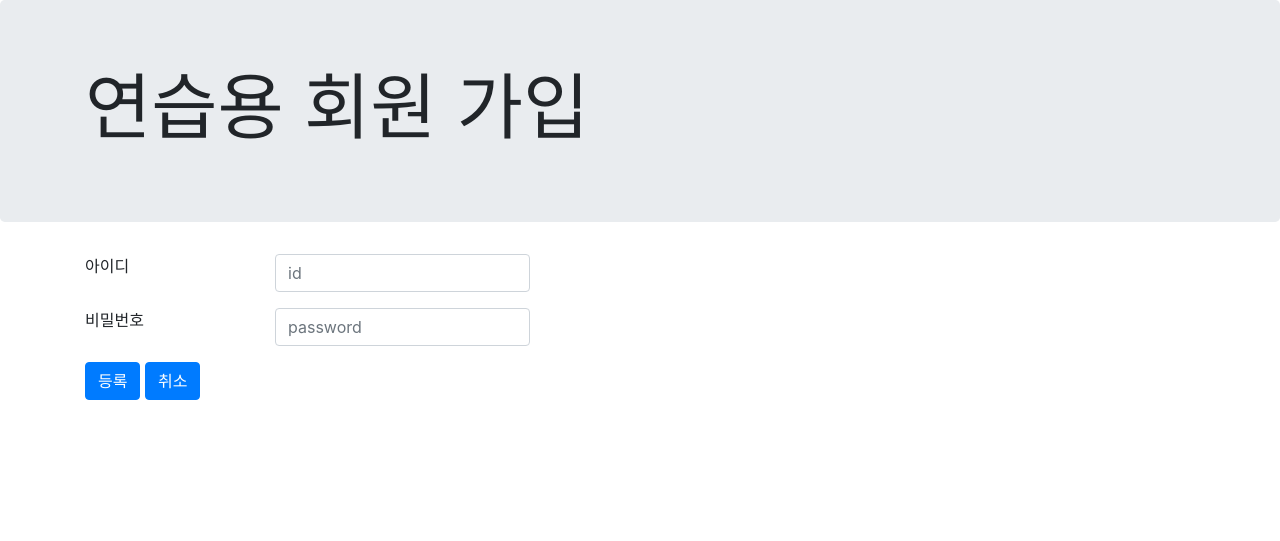
Repository: hodob/JSP_Practice
Page: http://localhost/JSP_WebMarket_JJH/ch06_ex/sign_up.jsp
These files come from the project's save history. The page is drawn as it stood at one moment and after the next save; the edit follows.
The browser window is 1280 px wide. The pictures show the whole page.
The page is served by Tomcat 9.

Above is the page before, as saved 2022-08-10 07:54:14.

After the next save:
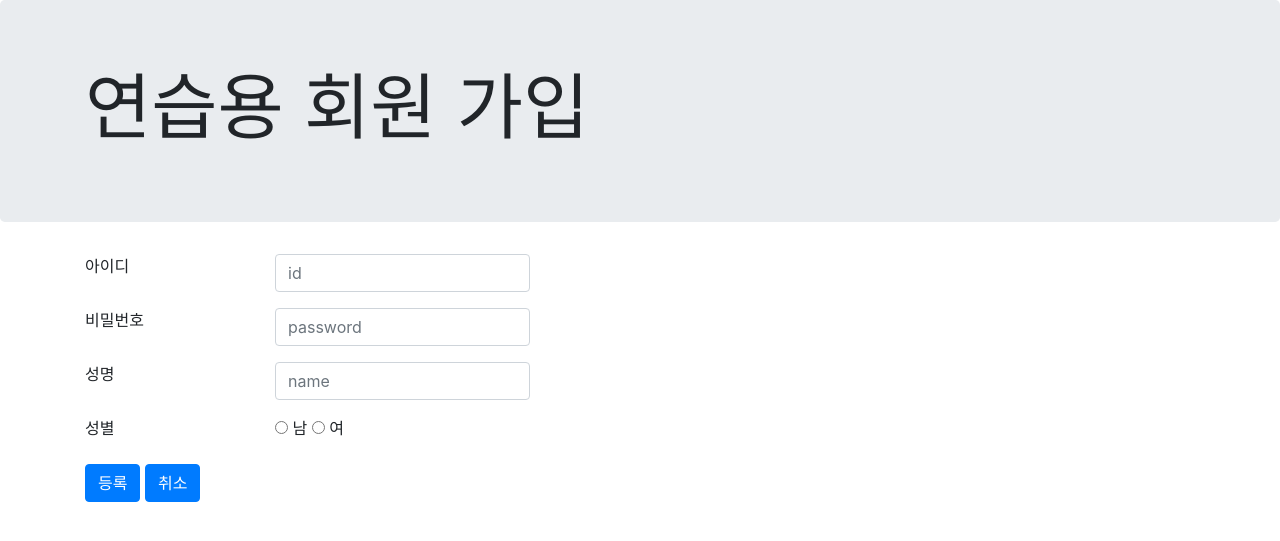
Saved 29 s later.
--- a/JSP_WebMarket_JJH/WebContent/ch06_ex/sign_up.jsp
+++ b/JSP_WebMarket_JJH/WebContent/ch06_ex/sign_up.jsp
@@ -47,8 +47,19 @@
 						placeholder="password">
 				</div>
 			</div>
-
-
+			<div class="form-group  row">
+				<label class="col-sm-2">성명</label>
+				<div class="col-sm-3">
+					<input name="name" type="text" class="form-control" placeholder="name" >
+				</div>
+			</div>
+			<div class="form-group  row">
+				<label class="col-sm-2">성별</label>
+				<div class="col-sm-10">
+					<input name="gender" type="radio" value="남" /> 남
+					<input name="gender" type="radio" value="여" /> 여
+				</div>
+			</div>
 
 
 			<div class="form-group  row">
